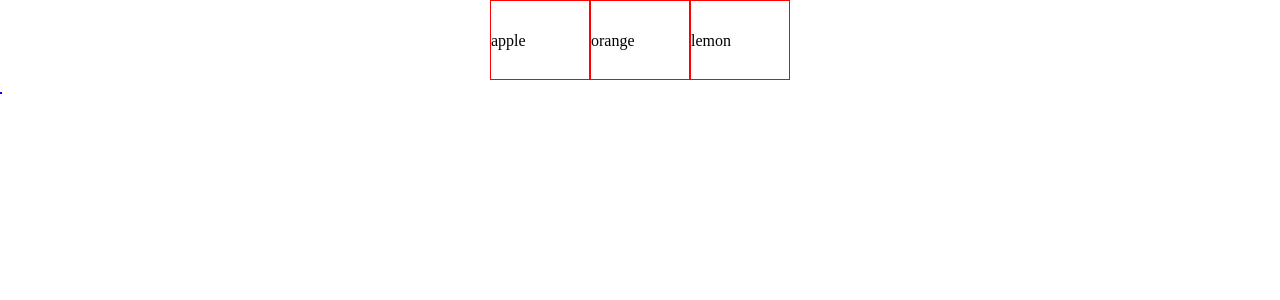
Repository: chenguocan/Vue_demo_1
Page: 基础案例.html
The author's editor kept a copy of each file at every save. The page is drawn from the files as they stood at one save, then again after the next save.
The browser window is 1280 px wide. The pictures show the whole page.

Above is the page before, as saved 2020-07-20 16:21:02.

After the next save:
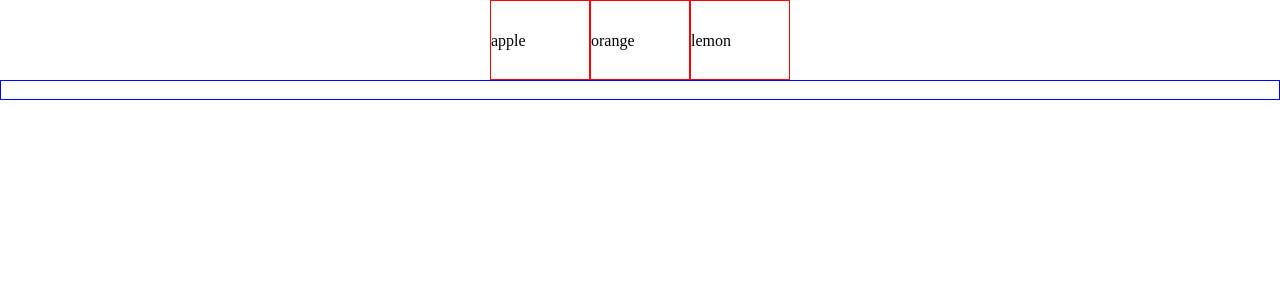
Saved 21 s later.
--- a/基础案例.html
+++ b/基础案例.html
@@ -34,7 +34,9 @@
           <li v-for="item in fruit">{{item.name}}</li>
         </ul>
       </div>
-      <img class="image" src="" alt="" />
+      <div class="image">
+        <img src="" alt="" />
+      </div>
     </div>
   </body>
   <script src="./js/vue.js"></script>
